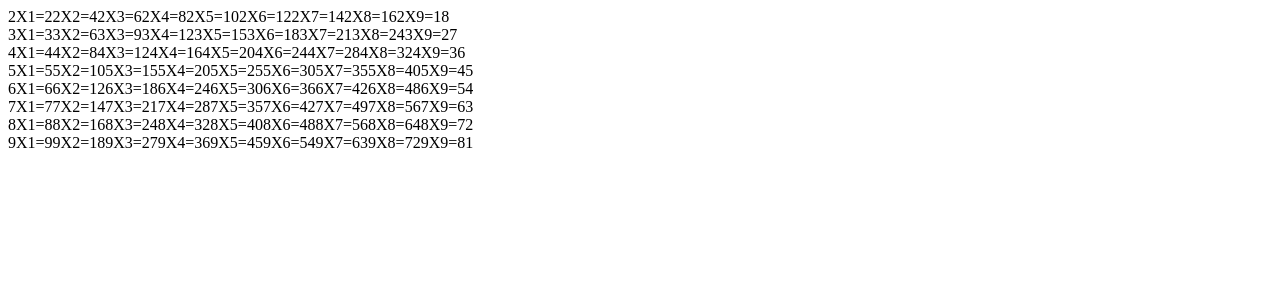
Repository: kkj68106810-dot/jsp2026
Page: http://localhost/chapter01/test02.jsp
An editor plug-in stored every save of this project. The page is shown before and after the next save, followed by the edit.
The browser window is 1280 px wide. The pictures show the whole page.
The page is served by Tomcat 9.

Above is the page before, as saved 2026-10-16 02:26:19.

After the next save:
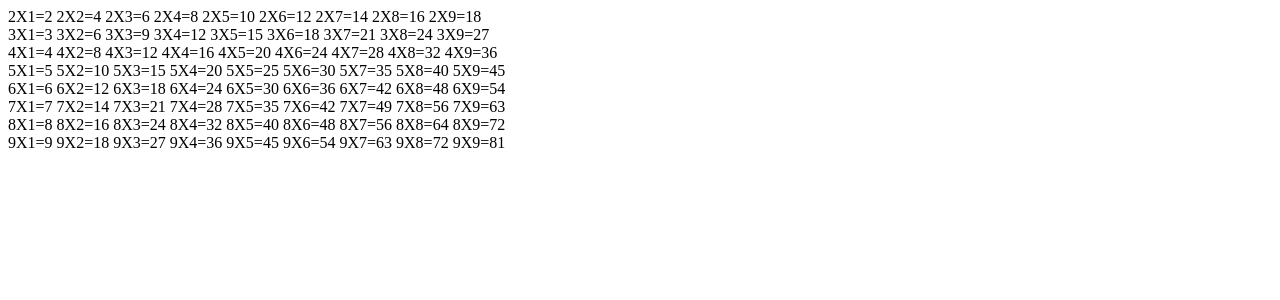
Saved 8 s later.
--- a/chapter01/src/main/webapp/test02.jsp
+++ b/chapter01/src/main/webapp/test02.jsp
@@ -14,7 +14,7 @@
 	for(int i = 2; i <10; i++) {
 		for(int j = 1; j<10; j++) {
 			printStr += i + "X" + j + "=";
-			printStr += i*j;
+			printStr += i*j + " ";
 			if(j == 9) {
 				printStr += "<br>";
 			}
